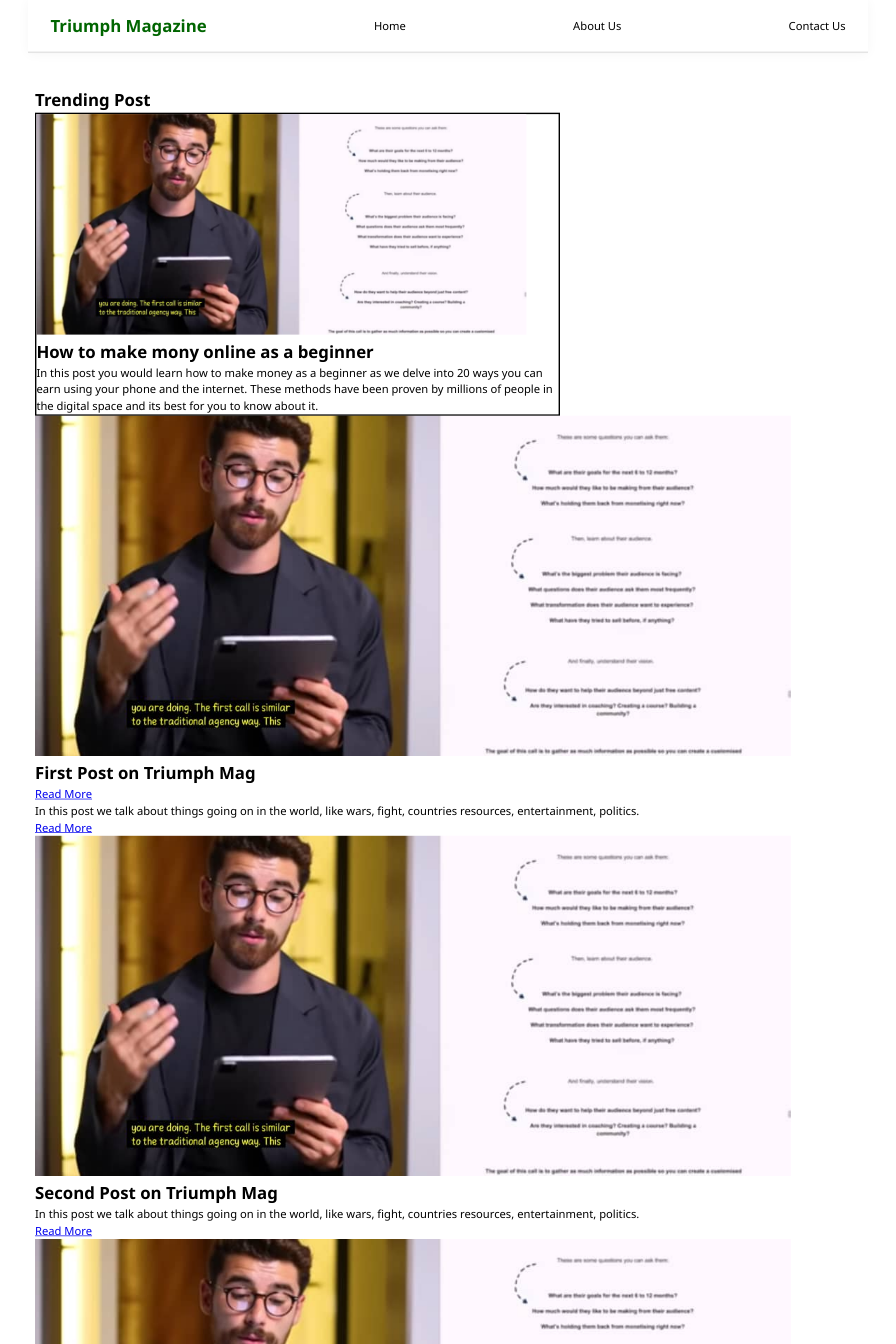
Repository: zikcolle/Triumph-Blog
Page: index.html
These files come from the project's save history. The page is drawn as it stood at one moment and after a run of saves; the edit follows.
The browser window is 1280 px wide. The pictures show the part of the page from y = 0 to 1920 px (the page is 4772 px tall before and 4943 px after), at 70% of full size.

Above is the page before, as saved 2026-06-20 15:36:55.

After the next 2 saves:
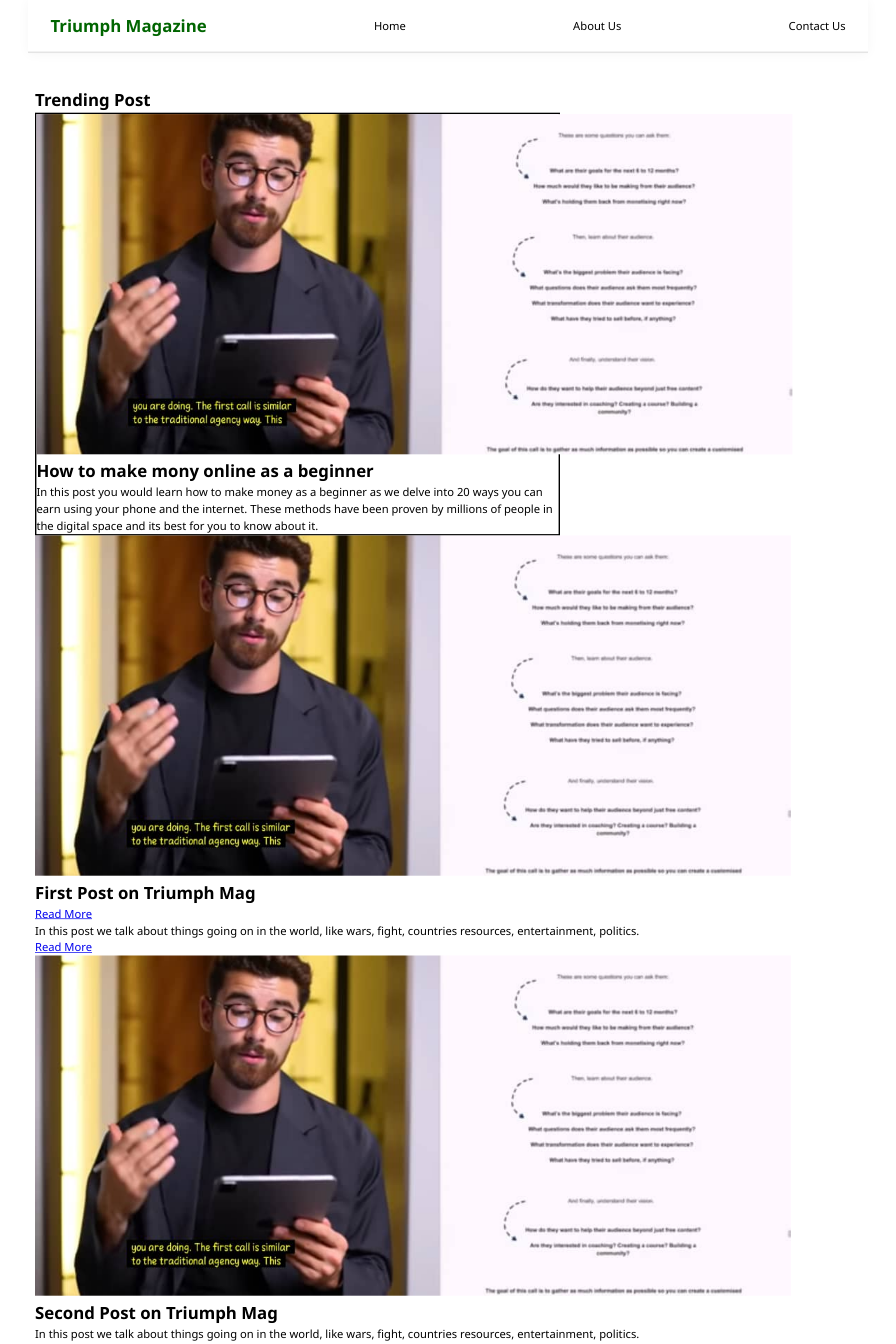
The 2 saves are shown as one change because they came seconds apart.
The last was saved 16 s later.
--- a/styles.css
+++ b/styles.css
@@ -50,5 +50,5 @@ main {
 }
 
 .feat-post img {
-    max-width: 700px;
+    max-width: ;
 }
